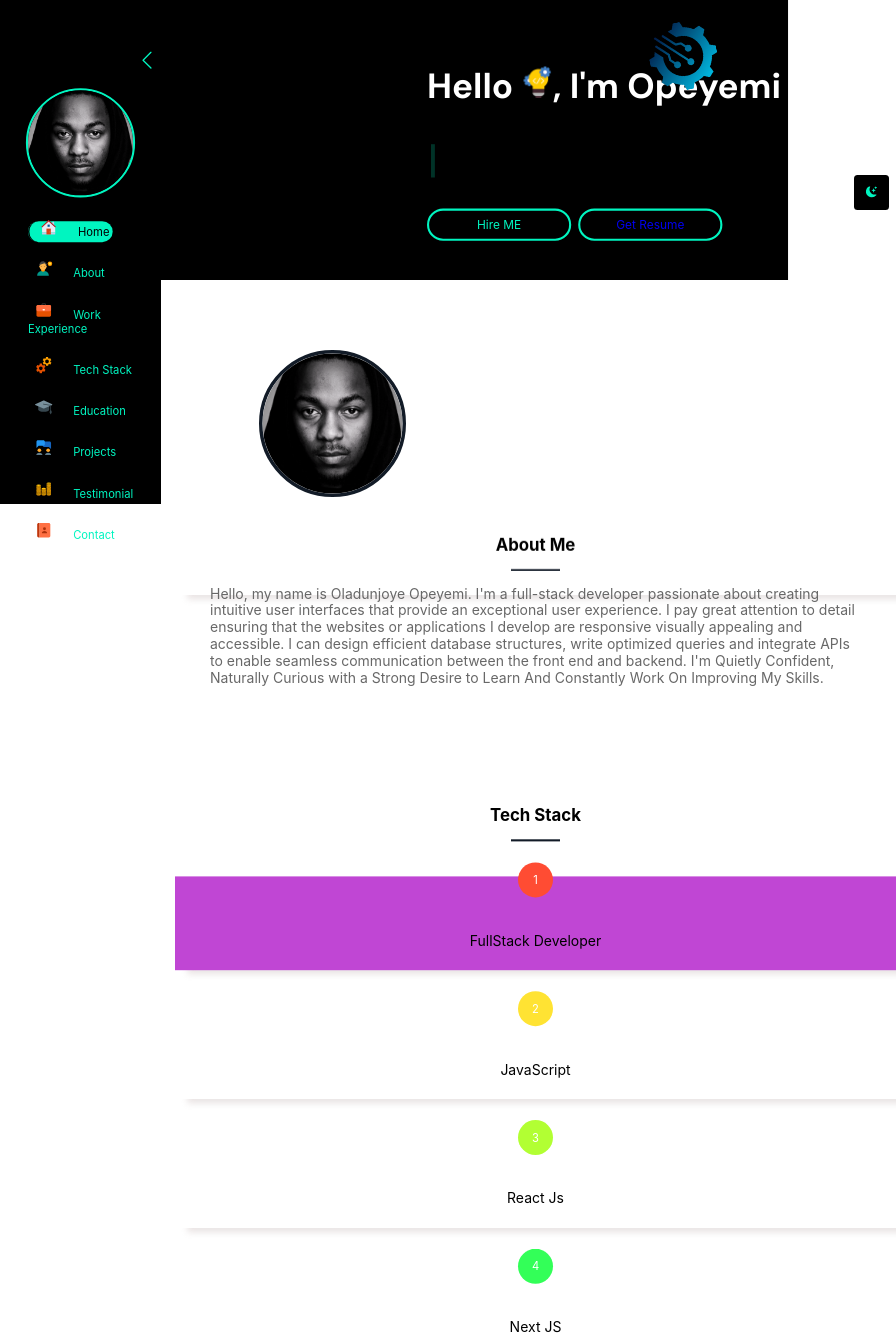
Repository: Laoye99/portfolio
Page: /
An editor plug-in stored every save of this project. The page is shown before and after the next save, followed by the edit.
The browser window is 1280 px wide. The pictures show the part of the page from y = 0 to 1920 px (the page is 2977 px tall), at 70% of full size.
The project was rebuilt for these pictures with package versions that can differ from the ones it lists, and the page was loaded fresh each time. Also part of the build but not shown: src/App.css. Imported but missing from the stored project, and not drawn on this page: src/components/Home/MyResume.pdf.

Above is the page before, as saved 2024-02-15 13:51:43.

### src/App.js
import './App.css';
import { createContext, useState } from 'react';
import ScrollToTop from 'react-scroll-to-top';
import Navbar from './components/SideNav/Navbar';
import Sidebar from './components/SideNav/Sidebar';
import About from './components/About/About';
import TechStack from './components/TechStack/TechStack';

export const ThemeContext = createContext(null);

const App = () => {
  const [theme, setTheme] = useState("light");

  const changeTheme = () => {
    setTheme((prev) => (prev === "light" ? "dark" : "light"));
  };
  return (
    <ThemeContext.Provider value={{ theme, changeTheme }}>
    <div id={theme}>
    <Navbar/>
    <Sidebar changeTheme={changeTheme} theme={theme}/>
    <About/>
    <TechStack/>
    </div>
    <ScrollToTop
    top="200"
    smooth
    height="20"
    width="20"
    color="#00f5c0"
    style={{ borderRadius: "90px ", backgroundColor: "#000000" }}
    />
    </ThemeContext.Provider>
  );
}

export default App;

### src/components/SideNav/Navbar.js
import { useState } from "react";
import "./Navbar.css";
import {GiHamburgerMenu} from "react-icons/gi";
import { Link } from "react-scroll";
import {
    FcHome,
    FcBriefcase,
    FcContacts,
    FcServices,
    FcCollaboration,
    FcPortraitMode } from "react-icons/fc";
import {FaUser} from "react-icons/fa";

const Navbar = () => {
    const [open, setOpen] = useState(false);

    const handleClick = () => {
        setOpen(!open);
    };
    return(
        <div className="navbar">
        <div className="navbar-header">
        <p>
        <GiHamburgerMenu size={25} onClick={handleClick} />
        </p>
        </div>
        {open ? (
        <div className="nav">
        <ul>
        <li className="nav-item">
        <Link
        to="home"
        spy={true}
        smooth={true}
        duration={100}
        offset={-100}
        >
        <FcHome size={25}/>
        Home
        </Link>
        </li>
        <li className="nav-item">
        <Link
        to="about"
        spy={true}
        smooth={true}
        duration={100}
        offset={-100}
        >
        <FcPortraitMode size={25}/>
        About
        </Link>
        </li>
        <li className="nav-item">
        <Link
        to="project"
        spy={true}
        smooth={true}
        duration={100}
        offset={-100}
        >
        <FcBriefcase  size={25}/>
        Work Experience
        </Link>
        </li>
        <li className="nav-item">
        <Link
        to="stack"
        spy={true}
        smooth={true}
        duration={100}
        offset={-100}
        >
        <FcServices  size={25} />
        Tech Stack
        </Link>
        </li>
        <li className="nav-item">
        <Link
        to="project"
        spy={true}
        smooth={true}
        duration={100}
        offset={-100}
        >
        <FcCollaboration   size={25} />
        Projects
        </Link>
        </li>
        <li className="nav-item">
        <Link
        to="contact"
        spy={true}
        smooth={true}
        duration={100}
        offset={-100}
        >
        <FcContacts size={25}/>
        Contact
        </Link>
        </li>
        </ul>
        </div>
        ) : null}
        </div>
    );
};

export default Navbar;

### src/components/SideNav/Sidebar.js
import { useState } from "react";
import { BsChevronLeft, BsChevronRight } from "react-icons/bs";
import "./Sidebar.css";
import SidebarList from "./SidebarList";
import Home from "../Home/Home";


const Sidebar = ({ theme,changeTheme }) => {
    const [expandSidebar, setExpandSidebar] = useState(true);

    const handleExpandClick = () => {
        setExpandSidebar(!expandSidebar);
    };
    return(
        <div className="container-fluid sidebar-section">
        <div className={expandSidebar ? "sidebar-expand sidebar" : "sidebar"}>
        <div className="icon-sidebar">
        <p onClick={handleExpandClick}>
        {expandSidebar ? (
            <BsChevronLeft size={30} color="#00f5c0"/>
            ) : (
        <BsChevronRight size={30} color="#00f5c0"/>
            )}
        </p>
        </div>
        <SidebarList expandSidebar={expandSidebar} />
        </div>
        <div className="container-fluid">
          <Home changeTheme = {changeTheme} theme = {theme}/>
        </div>

        </div>
    );
};

export default Sidebar;

### src/components/About/About.js
import React from "react";
import ProfilePic from "../../Image/Screenshot (29).png";
import {Fade} from "react-awesome-reveal";
import {Flip} from "react-awesome-reveal";
import './About.css';
const About = () => {
    return(
        <div className="container about-section" id="about">
    <div className="row">
      <Fade bottom>
        <div className="col-xl-6 col-lg-6 col-md-12 col-sm-12">
          <div className="about-image">
            <img src={ProfilePic} alt="Profile" />
          </div>
        </div>
      </Fade>
      <div className="col-xl-6 col-lg-6 col-md-12 col-sm-12">
        <div className="about-details">
          <Flip left>
            <div className="about-title">
              <h2>About Me</h2>
              <span className="line"></span>
            </div>
          </Flip>

          <Fade right>
            <p className="description">
              Hello, my name is Oladunjoye Opeyemi.
              I'm a full-stack developer
              passionate about creating intuitive
              user interfaces that provide
              an exceptional user experience.
              I pay great attention to detail
              ensuring that the websites or applications
              I develop are responsive
              visually appealing and accessible.
              I can design efficient database
              structures, write optimized queries
              and integrate APIs to enable
              seamless communication between
              the front end and backend.
              I'm Quietly Confident, Naturally Curious
               with a Strong Desire to
              Learn And Constantly Work On Improving My Skills.
            </p>
          </Fade>
        </div>
      </div>
    </div>
  </div>
    )
};

export default About;

### src/components/TechStack/TechStack.js
import React, { useState } from "react";
import "./TechStack.css";
import { Fade } from "react-awesome-reveal";
import { Zoom } from "react-awesome-reveal";


const TechStack = () => {
    const data = [
        {
          name: "FullStack Developer",
        },

        {
          name: "JavaScript",
        },
        {
          name: "React Js",
        },
        {
          name: "Next JS",
        },
        {
          name: "CSS",
        },
        {
          name: "HTML5",
        },
        {
          name: "BootStrap",
        },
        {
          name: "TailwindCSS",
        },
        {
          name: "React Native",
        },
        {
          name: "Vanilla JS",
        },
        {
          name: "SCSS",
        },
        {
          name: "Git",
        },
        {
          name: "GitHub",
        },
        {
          name: "Java",
        },
        {
          name: "Springboot",
        },
        {
          name: "Servlet",
        },
        {
          name: "Maven",
        },
        {
          name: "Eclipse IDE",
        },
        {
            name: "IntelliJ IDE",
        },
        {
            name: "MySQL",
        },
        {
            name: "Postman",
        },
        {
            name: "MySQL",
        },
        {
            name: "Tomcat",
        },
      ];

      const colors = [
        "#FF4C33",
        "#FFE333",
        "#B2FF33",
        "#33FF58",
        "#33FFC1",
        "#33CAFF",
        "#3355FF",
        "#9333FF",
        "#F033FF",
        "#FF33C4",
        "#FF3386",
        "#FF334C",
        "#33FF42",
        "#FF3633",
        "#9C33FF",
        "#33FFF6",
        "#33FF58",
        "#FF33C4",
        "#034694",
        "#5A0394",
        "#940303",
        "#944403",
        "#449403",
        "#03945C"
      ];

      const [showMoreTechStack, setMoreTechStack] = useState(9);

      const loadMore = () => {
        setMoreTechStack((prev) => prev + 3);
      };
      return (
        <div className="container techstack-section" id="stack">
      <div className="section-title">
        <h2>Tech Stack</h2>
        <span className="line"></span>
      </div>

      <div className="row">
        {data.slice(0, showMoreTechStack).map((item, index) => (
          <Fade right>
            <div className="col-xl-4 col-lg-4 col-md-6 col-sm-12" key={index}>
              <div
                className={
                  index === 0
                    ? "tech-content-marked tech-content"
                    : "tech-content"
                }
              >
                <span
                  className="tech-number"
                  style={{ backgroundColor: colors[index] }}
                >
                  {index + 1}
                </span>
                <p>{item.name}</p>
              </div>
            </div>
          </Fade>
        ))}
      </div>

      {showMoreTechStack >= data.length ? null : (
        <Zoom>
          <span className="load-more" onClick={loadMore}>
            Load More
          </span>
        </Zoom>
      )}
    </div>
      );
};

export default TechStack;

### src/components/SideNav/Navbar.css
.navbar {
    position: sticky;
    top: 0;
    z-index: 1;
  }

  .navbar-header {
    width: 100%;
    background-color: #00f5c0;
    color: #000000;
    padding: 5px;
  }

  .navbar-header p svg {
    margin-left: 10px;
    cursor: pointer;
    margin-top: 20px;
    margin-right: 5px;
  }

  .nav {
    height: auto;
    width: 210px;
    background-color: #000000;
    margin-top: 30px;
    padding-top: 10px;
    padding-bottom: 10px;
  }

  .nav ul li {
    color: #000000;
    list-style-type: none;
    cursor: pointer;
    text-decoration: none;
    margin-top: 30px;
  }

  .nav ul li a {
    text-decoration: none;
    color: #00f5c0;
  }

  .nav-item .active {
    color: #000000;
    background-color: #00f5c0;
    border-radius: 90px;
    padding: 5px;
    width: 100%;
  }

  @media (min-width: 1000px) {
    .navbar {
      display: none;
    }
  }

### src/components/SideNav/Sidebar.css
.sidebar-section {
    display: flex;
    /* background-color: #030303da; */
  }

  .sidebar {
    height: 100vh;
    background-color: #000000;
    width: 95px;
    position: fixed;
  }

  .sidebar-expand {
    width: 230px;
  }

  .container-fluid {
    padding-left: 0px !important;
    padding-right: 0px !important;
    overflow: hidden;
  }

  .icon-sidebar {
    display: flex;
    align-items: right;
    justify-content: right;
    cursor: pointer;
  }

  .icon-sidebar p svg {
    background-color: #000000;
    padding: 5px;
    color: #00f5c0;
    border-radius: 5px;
    margin-top: 50px;
  }

  @media (max-width: 1000px) {
    .sidebar {
      display: none;
    }
  }

### src/components/Home/Home.js
import React from 'react';
import Typewriter from 'typewriter-effect';
import { BsFillMoonStarsFill, BsSun } from 'react-icons/bs';
import { Fade } from 'react-awesome-reveal';
import concept from "../../Image/concept.png";
import automation from "../../Image/automation.png";
import "./Home.css";
import MyCv from './MyResume.pdf';



const Home = ({theme, changeTheme}) => {
    return(
        <div className='container-fluid home' id="home">
        <div  className='theme-change' onClick={changeTheme}>
        {theme === "light" ? (
            <p>
            <BsFillMoonStarsFill />{" "}
            </p>
            ) : (
                <p className='sun-light-icon'>
                <BsSun/>
                </p>
            )}
        </div>

        <div className='container home-content'>
        <Fade right>
        <h1>
        Hello <img alt='vector' src={concept}/>, I'm Opeyemi
        </h1>

        <h2>
        <Typewriter
        options={{
            strings: [
              "Frontend Developer",
              "Backend Developer",
              "Software Engineer",
            ],
            autoStart: true,
            loop: true,
            delay: 5,
          }}
        />
        </h2>
        </Fade>

        <Fade bottom>
        <div className='button-for-action'>
        <div className='hire-me-button'>Hire ME</div>
        <div className="get-resume-button">
              <a href={MyCv} download="Opeyemi_cv">
                Get Resume
              </a>
            </div>
        </div>
        </Fade>
        <img className='automation' alt='automation' src={automation}/>
        </div>
        </div>
    )

};

export default Home;

### src/components/About/About.css
.about-section {
    box-shadow: 15px 9px 9px -2px rgba(230, 224, 244, 0.86);
    -webkit-box-shadow: 15px 9px 9px -2px rgba(230, 224, 224, 0.86);
    -moz-box-shadow: 15px 9px 9px -2px rgba(230, 224, 224, 0.86);

    margin-top: 50px;
    height: 400px;
    margin-left: 250px;
    padding: 0px 50px;
  }

  #dark .about-section {
    box-shadow: none;
    background-color: #17202a;
    box-shadow: -6px 11px 5px -4px rgba(0, 0, 0, 0.42);
    -webkit-box-shadow: -6px 11px 5px -4px rgba(0, 0, 0, 0.42);
    -moz-box-shadow: -6px 11px 5px -4px rgba(0, 0, 0, 0.42);
  }

  .about-image img {
    height: 200px;
    width: 200px;
    border-radius: 190px;
    margin-top: 50px;
    margin-left: 70px;
    border: 5px solid #121b27;
    object-fit: cover;
  }

  #dark .about-image img {
    border: 5px solid #ffffff;
  }

  .about-details {
    margin-top: 50px;
  }

  .about-title h2 {
    text-align: center;
  }
  .description {
    font-size: 20px;
    color: #686868;
  }

  #dark .description {
    color: #ffffff;
  }

  .line {
    display: block;
    width: 70px;
    height: 3px;
    margin: 1px auto;
    background-color: #121b27;
  }

  #dark .line {
    background-color: #ffffff;
  }

  @media (max-width: 1000px) {
    .about-image {
      display: none;
    }
    .about-section {
      margin: 50px auto;
      height: auto;
    }
  }

### src/components/TechStack/TechStack.css
.techstack-section {
    margin-top: 300px;
    height: auto;
    margin-bottom: 40px;
    margin-left: 250px;
  }

  .section-title h2 {
    text-align: center;
  }

  .tech-content {
    padding: 10px;
    color: #000;
    margin-top: 50px;
    box-shadow: 15px 9px 9px -2px rgba(230, 224, 244, 0.86);
    -webkit-box-shadow: 15px 9px 9px -2px rgba(230, 224, 224, 0.86);
    -moz-box-shadow: 15px 9px 9px -2px rgba(230, 224, 224, 0.86);
  }

  #dark .tech-content {
    background-color: #03945c;
    color: #ffffff;
    box-shadow: -6px 11px 5px -4px rgba(0, 0, 0, 0.42);
    -webkit-box-shadow: -6px 11px 5px -4px rgba(0, 0, 0, 0.42);
    -moz-box-shadow: -6px 11px 5px -4px rgba(0, 0, 0, 0.42);
  }

  #dark .tech-content:hover {
    background-color: #121b27;
    transition-duration: 1s;
  }

  .tech-content-marked {
    background-color: rgba(189, 59, 210, 0.94);
  }

  .tech-content p {
    text-align: center;
    padding-top: 30px;
    font-size: 20px;
  }

  .tech-content:hover {
    background-color: #121b27;
    color: #fff;
    cursor: pointer;
    transition-duration: 1s;

    box-shadow: -6px 11px 5px -4px rgba(0, 0, 0, 0.42);
    -webkit-box-shadow: -6px 11px 5px -4px rgba(0, 0, 0, 0.42);
    -moz-box-shadow: -6px 11px 5px -4px rgba(0, 0, 0, 0.42);
  }

  .tech-number {
    border-radius: 90px;
    height: 50px;
    width: 50px;
    color: #fff;
    text-align: center;
    align-items: center;
    justify-content: center;
    display: block;
    margin: 0 auto;
    margin-top: -30px;
    line-height: 50px;
  }

  .load-more {
    background-color: #121b27;
    width: 150px;
    padding: 10px;
    color: #ffffff;
    text-align: center;
    justify-content: center;
    cursor: pointer;
    display: table;
    margin-left: auto;
    margin-right: auto;
    margin-top: 35px;
    border-radius: 5px;
    margin-bottom: 40px;
    font-size: 20px;
  }

  #dark .load-more {
    background-color: #17202a;
  }

  .load-more:hover {
    background-color: rgba(189, 59, 210, 0.94);
    transition-duration: 1s;
  }
  #dark .load-more:hover {
    background-color: #121b27;
    transition-duration: 1s;
  }

  @media (max-width: 1000px) {
    .techstack-section {
      margin: 50px auto;
    }
  }

### src/components/SideNav/SidebarList.css
.sidebar-profile-pic img {
    border-radius: 90px;
    margin-top: 10px;
    height: 150px;
    width: 150px;
    display: flex;
    vertical-align: middle;
    margin: 0 auto;
    object-fit: cover;
    border: 3px solid #00f5c0;
  }

  .navbar-items ul li {
    color: #00f5c0;
    list-style-type: none;
    cursor: pointer;
    margin-top: 30px;
  }

  .navbar-items ul li svg {
    margin-right: 25px;
    margin-left: 10px;
  }

  .navbar-items-only-icons ul li {
    margin-top: 30px;
    cursor: pointer;
    list-style-type: none;
  }

  .navbar-items-only-icons ul li svg {
    margin-left: 10px;
  }

  .navbar-items ul li a {
    text-decoration: none;
  }
  .nav-item .active {
    border-left: 2px solid #000000;
    color: #000000;
  }

### src/components/Home/Home.css
@import url("https://fonts.googleapis.com/css2?family=DM+Sans:wght@700&display=swap");

.home {
  height: 400px;
  background-color: #000000;
  color: #00f5c0;

}

.home-content {
  padding: 10px;
  margin-top: 30px;
  margin-left: 600px;
  position: relative;
}
/* rgba(189, 59, 210, 0.94) */

.home-content h1 {
  font-family: DM Sans;
  font-size: 50px;
  font-weight: 700;
  line-height: 6.2rem;
  color: #ffffff;
}

.home-content h1 img {
  width: 45px;
}

.home-content h2 {
  margin-top: 20px;
  color: #00f5c0;
  font-size: 40px;
}

.button-for-action {
  display: flex;
}

.hire-me-button {
  background-color: #000000;
  text-align: center;
  width: 180px;
  padding: 10px;
  border-radius: 90px;
  border: 3px solid #00f5c0;
  cursor: pointer;
  margin-top: 10px;
  font-size: 17px;
}

.hire-me-button:hover {
  background-color: #00f5c0;
  width: 250px;
  color: #000;
  transition-duration: 1s;
  font-size: 20px;
}
.get-resume-button {
  background-color: #000000;
  text-align: center;
  width: 180px;
  padding: 10px;
  border-radius: 90px;
  border: 3px solid #00f5c0;
  cursor: pointer;
  margin-top: 10px;
  margin-left: 10px;
  font-size: 17px;
}

.get-resume-button:hover {
  background-color: #00f5c0;
  width: 250px;
  color: #000;
  transition-duration: 1s;
  font-size: 20px;
}

.get-resume-button a {
  text-decoration: none;
}

.automation {
  position: absolute;
  top: 0;
  right: 100px;
  height: 100px;
  animation: rotation infinite 5s linear;
}

@media (max-width: 450px) {
  .automation {
    bottom: 0;
  }
}

.theme-change {
  justify-content: center;
  height: 50px;
  width: 50px;
  background-color: #000000;
  right: 0;
  margin-right: 10px;
  text-align: center;
  vertical-align: middle;
  line-height: 20px;
  position: fixed;
  top: 150;
  margin-top: 250px;
  border-radius: 5px;
  cursor: pointer;
  z-index: 1;
}

.sun-light-icon {
  animation: rotation infinite 5s linear;
}

@keyframes rotation {
  from {
    transform: rotate(0deg);
  }

  to {
    transform: rotate(360deg);
  }
}
@media (max-width: 1000px) {
  .home-content {
    margin: 30px auto;
  }
}

Loaded but not shown: public/index.html (common file); src/index.js (common file); src/index.css (common file); src/reportWebVitals.js (common file); src/components/SideNav/SidebarList.js (185 lines, source omitted)

After the next save:
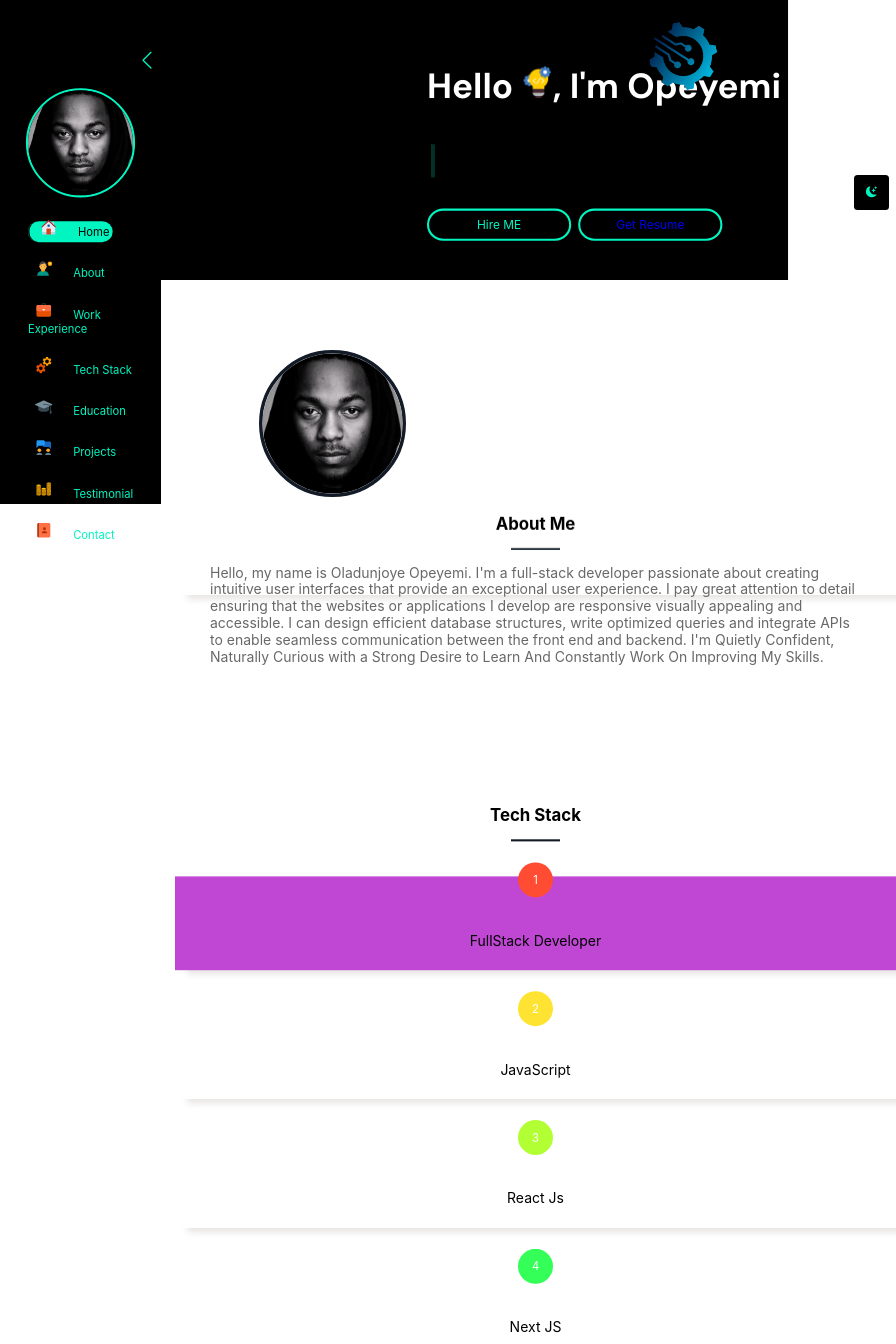
Saved 2 min 35 s later.
--- a/src/components/About/About.css
+++ b/src/components/About/About.css
@@ -32,7 +32,7 @@
   }
 
   .about-details {
-    margin-top: 50px;
+    margin-top: 10px;
   }
 
   .about-title h2 {
